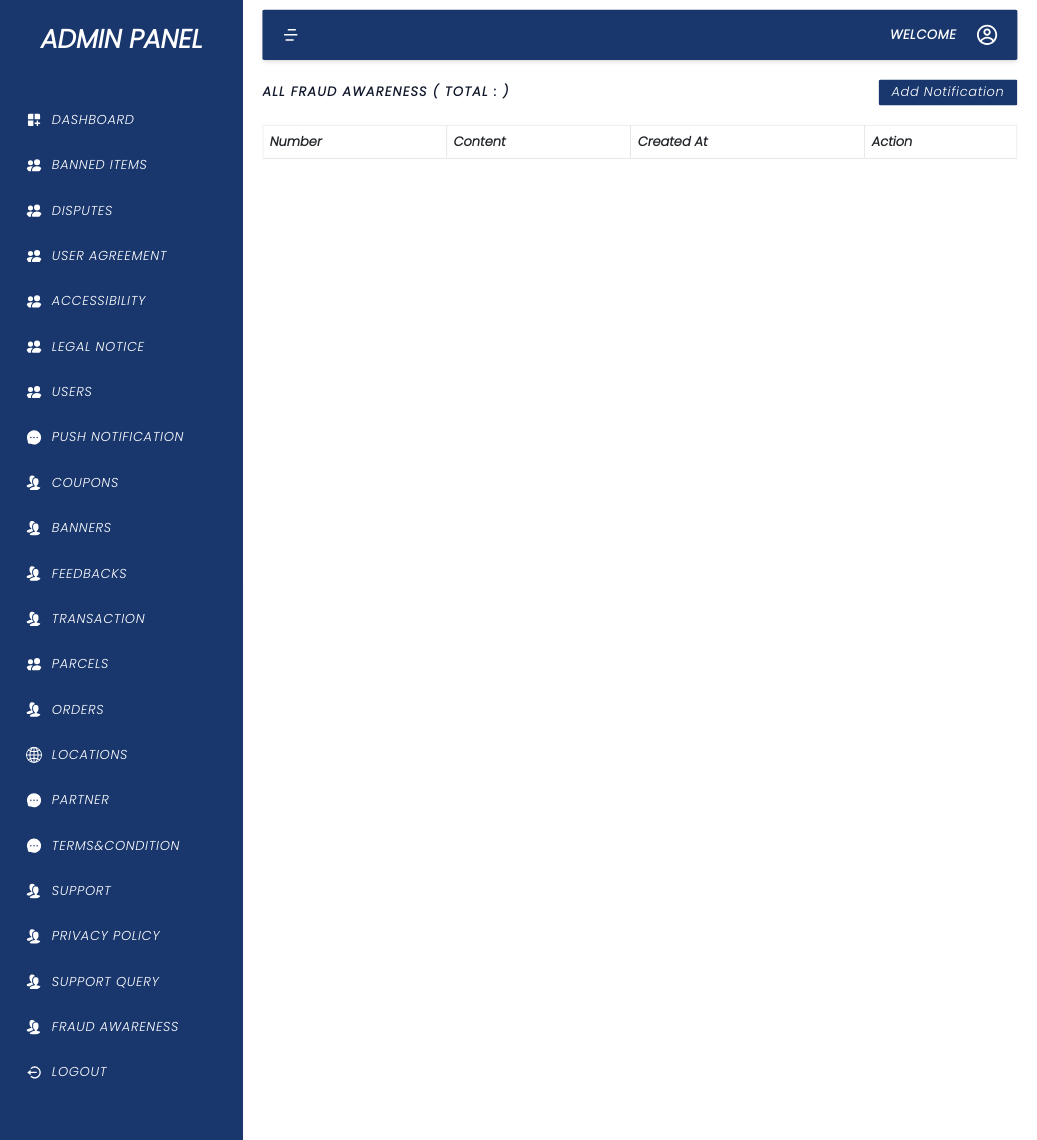
Repository: FlyweisReact/sarita
Page: /fraudAwareness
These files come from the project's save history. The page is drawn as it stood at one moment and after the next save; the edit follows.
The browser window is 1280 px wide. The pictures show the whole page, at 81% of full size.
The page's requests for data from a server got no answer. Some web libraries are served in a nearby version. The project was rebuilt for these pictures with package versions that can differ from the ones it lists, and the page was loaded fresh each time. No one was signed in, and anything a server would have sent is missing. Also part of the build but not shown: src/vendorPanel/forms/VendorLogin.jsx, src/vendorPanel/pages/AdminDiscount.js, src/vendorPanel/pages/AdminReview.js, src/vendorPanel/pages/Astrologers.js, src/vendorPanel/pages/Banners.js, src/vendorPanel/pages/Booking.js, src/vendorPanel/pages/Horoscope.js, src/vendorPanel/pages/Kundli.js and 15 more.

Above is the page before, as saved 2023-04-20 12:36:37.

After the next save:
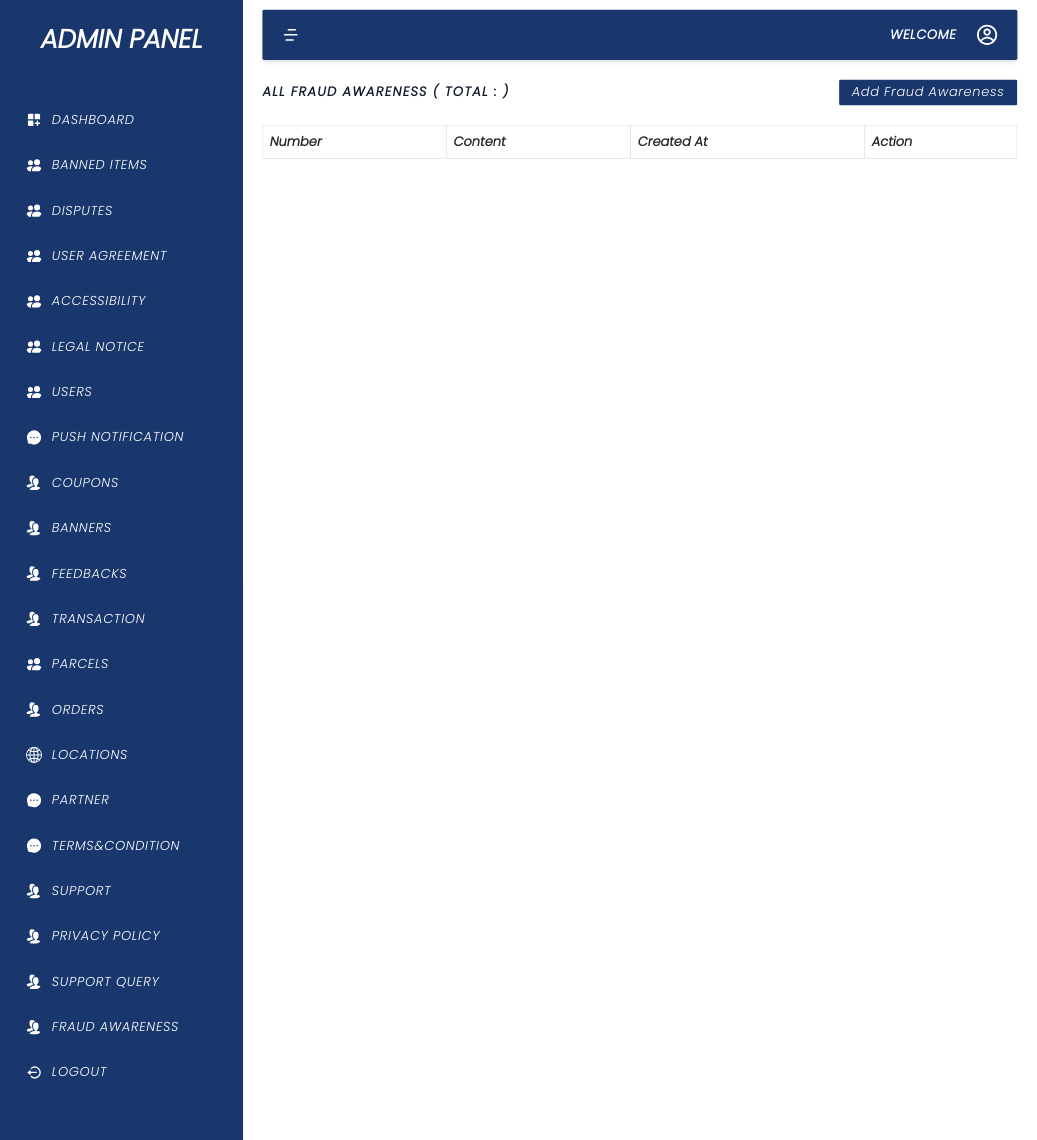
Saved 6 s later.
--- a/src/vendorPanel/pages/FraudAwareness.js
+++ b/src/vendorPanel/pages/FraudAwareness.js
@@ -97,7 +97,7 @@ const FraudAwareness = () => {
             }}
             className="md:py-2 px-3 md:px-4 py-1 rounded-sm bg-[#19376d] text-white tracking-wider"
           >
-            Add Notification
+            Add Fraud Awareness
           </button>
         </div>
 
